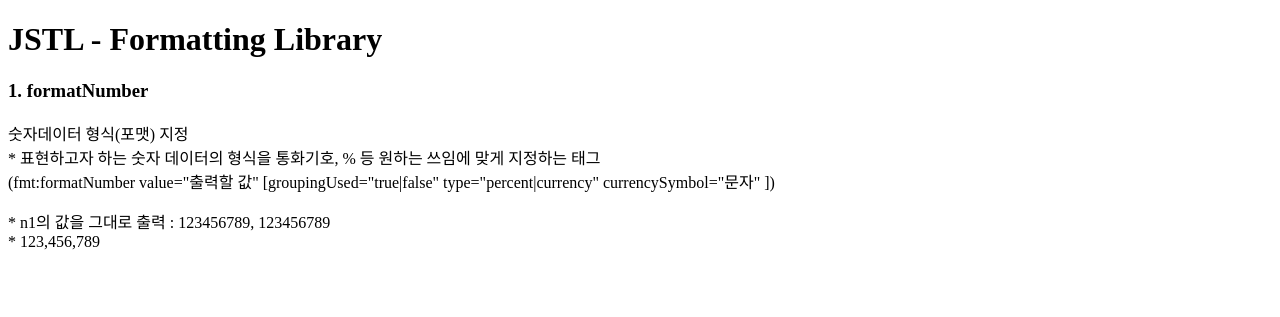
Repository: hailey-516/servlet
Page: http://localhost/3_elAction/views/3_Custom_Action/02_fmt.jsp
These files come from the project's save history. The page is drawn as it stood at one moment and after the next save; the edit follows.
The browser window is 1280 px wide. The pictures show the whole page.
The page is served by Tomcat 9.

Above is the page before, as saved 2024-08-28 01:30:49.

After the next save:
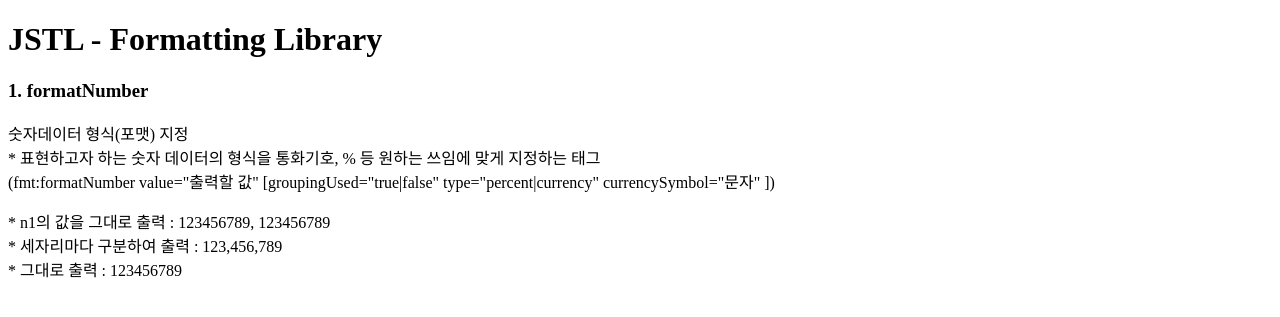
Saved 113 s later.
--- a/3_elAction/src/main/webapp/views/3_Custom_Action/02_fmt.jsp
+++ b/3_elAction/src/main/webapp/views/3_Custom_Action/02_fmt.jsp
@@ -28,7 +28,9 @@
 	<c:set var="n3" value="50000" />
 
 	* n1의 값을 그대로 출력 : <c:out value="${ n1 }" />, ${ n1 } <br>
-	* <fmt:formatNumber value="${ n1 }" />
+	* 세자리마다 구분하여 출력 : <fmt:formatNumber value="${ n1 }" />
+	<%-- groupingUsed 속성의 기본값: true --%> <br>
+	* 그대로 출력 : <fmt:formatNumber value="${ n1 }" groupingUsed="false" />
 
 </body>
 </html>
